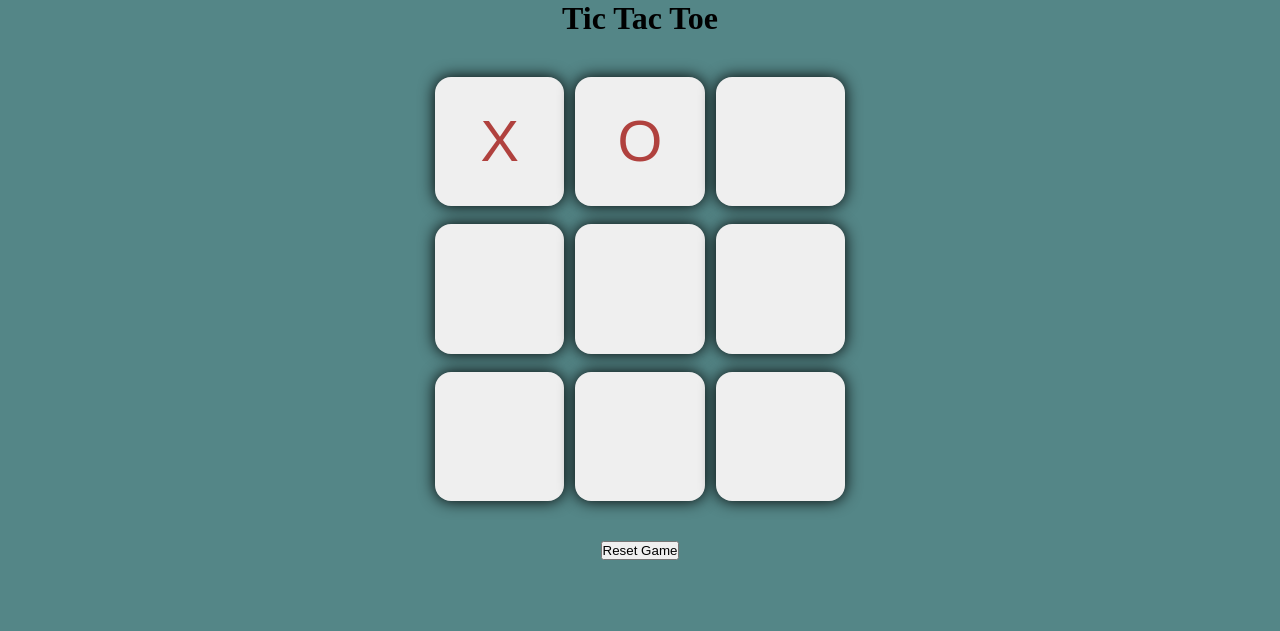
Repository: pankaj-shaw05/Tic-Tac-Toe
Page: index.html
These files come from the project's save history. The page is drawn as it stood at one moment and after the next save; the edit follows.
The browser window is 1280 px wide. The pictures show the whole page.

Above is the page before, as saved 2026-04-07 08:22:10.

### index.html
<!DOCTYPE html>
<html lang="en">
<head>
    <meta charset="UTF-8">
    <meta name="viewport" content="width=device-width, initial-scale=1.0">
    <title>Tic-Tac-Toe Game</title>
    <link rel="stylesheet" href="style.css"/>
</head>
<body>
    <main>
        <h1>Tic Tac Toe</h1>
        <div class="container">
        <div class="game">
            <button class="box">X</button>
            <button class="box">O</button>
            <button class="box"></button>
            <button class="box"></button>
            <button class="box"></button>
            <button class="box"></button>
            <button class="box"></button>
            <button class="box"></button>
            <button class="box"></button>
        </div>
        </div>
        <button id="reset-btn">Reset Game</button>
    </main>

</body>
</html>

### style.css
* {
    margin: 0;
    padding: 0;

}

body {
    background-color: #548687;
    text-align: center;
}

.container {
    height: 70vh;
    display: flex;
    justify-content: center;
    align-items: center;
}

.game {
    height: 60vmin;
    width: 60vmin;
    display: flex;
    flex-wrap: wrap;
    justify-content: center;
    align-items: center;
    gap: 1.5vmin;
}

.box {
    height: 18vmin;
    width: 18vmin;
    border-radius: 1rem;
    border: none;
    box-shadow: 0 0 1rem rgba(0,0,0.3);
    font-size: 8vmin;
    color: #b0413e;
}

After the next save:
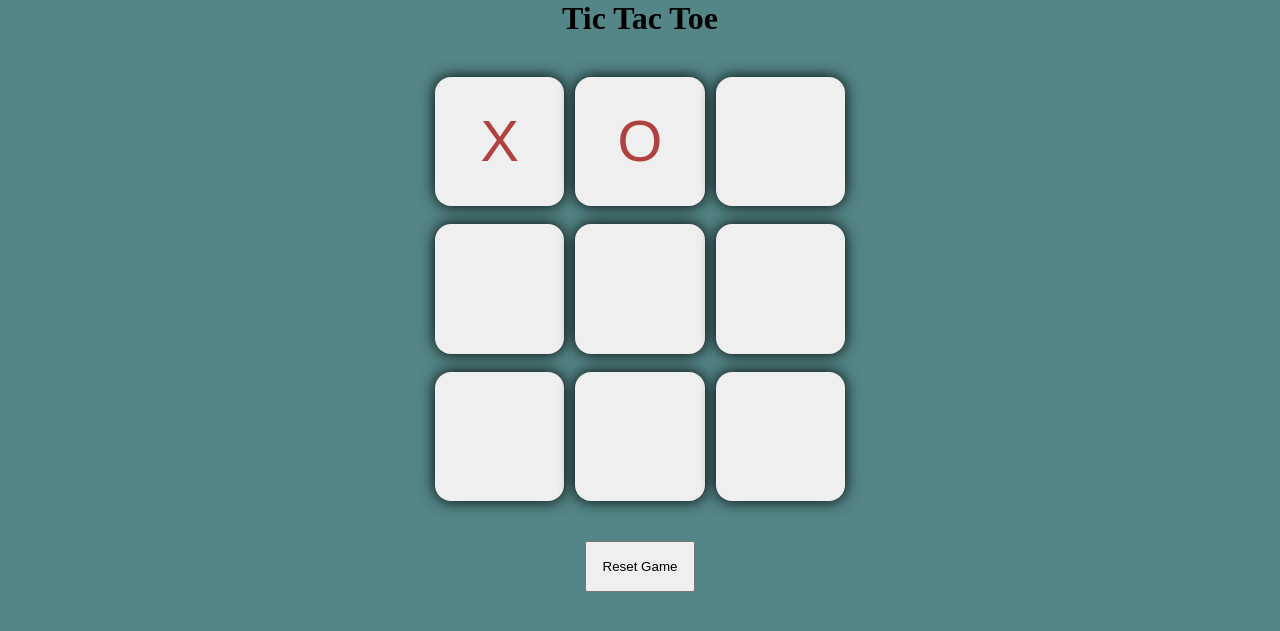
Saved 61 s later.
--- a/style.css
+++ b/style.css
@@ -35,3 +35,7 @@ body {
     font-size: 8vmin;
     color: #b0413e;
 }
+
+#reset-btn {
+    padding: 1rem;
+}
